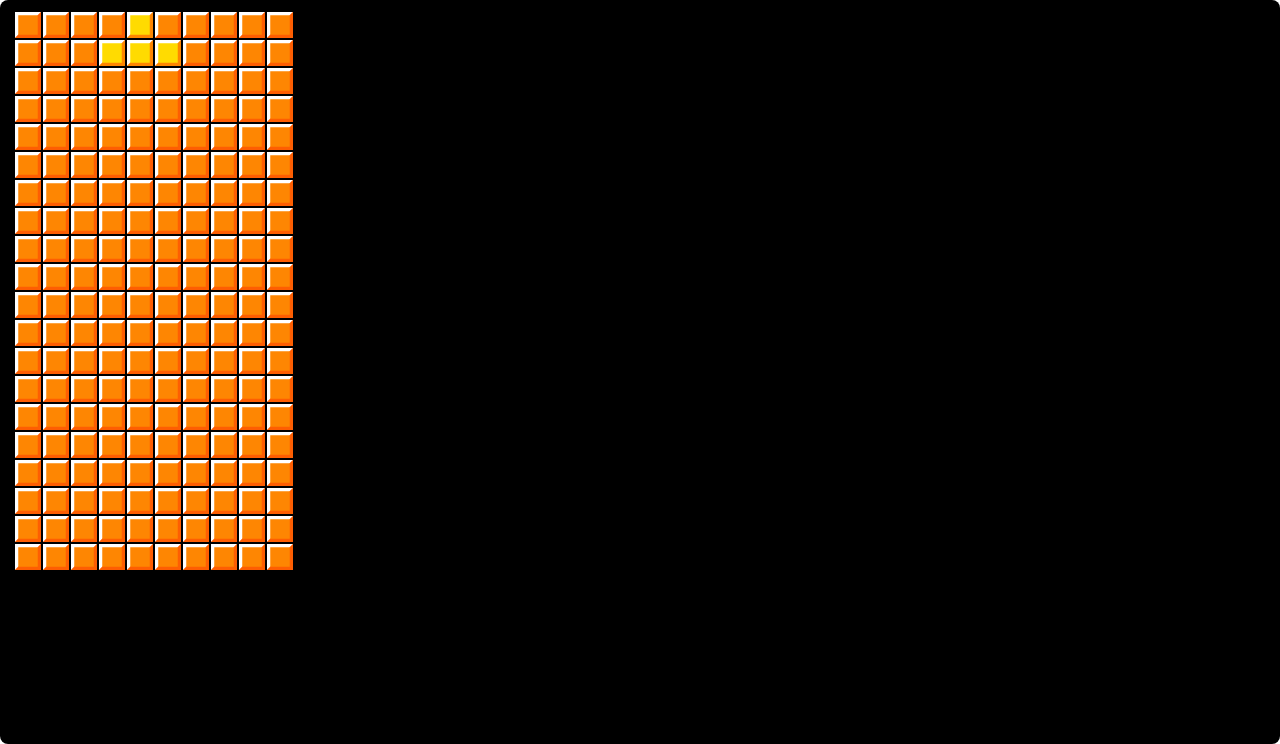
Repository: powidev/Epik-Tetris
Page: index.html
The author's editor kept a copy of each file at every save. The page is drawn from the files as they stood at one save, then again after the next save.
The browser window is 1280 px wide. The pictures show the whole page.

Above is the page before, as saved 2025-05-20 10:24:56.

### index.html
<!DOCTYPE html>
<html lang="en">
<head>
    <meta charset="UTF-8">
    <meta name="viewport" content="width=device-width, initial-scale=1.0">
    <title>Tetris</title>
    <link rel="stylesheet" href="style.css">
</head>
<body>
    <div class="canvas-container">
        <canvas id="canvas-tetris" width="300" height="600"></canvas>
    </div>

    <script src="scripts/main.js" type="module"></script>
</body>
</html>

### style.css
body {
    display: flex;
    margin: 0;
    padding: 0;
}
.canvas-container {
    width: 100%;
    height: 100vh;
    background-color: black;
    padding: 12px 15px;
    border-radius: 8px;
}

### scripts/main.js
import { BoardTetris } from "/scripts/boardTetris.js";
import { Tetromino, TetraminoTypes } from "/scripts/tetromino.js";

const canvasTetris = document.getElementById("canvas-tetris");
const rows = 20;
const cols = 10;
const cellSize = 26;
const space = 2;

const boardTetris = new BoardTetris(canvasTetris, rows, cols, cellSize, space);

const tetrominoType = TetraminoTypes.T;
const tetromino = new Tetromino(canvasTetris, cellSize, tetrominoType.shapes, tetrominoType.initPosition, tetrominoType.id);

function update() {

    boardTetris.draw();
    tetromino.draw(boardTetris);
    requestAnimationFrame(update);
}

update();

### scripts/boardTetris.js
import { Grid } from '/scripts/grid.js';

export class BoardTetris extends Grid {
    constructor(canvas, rows, cols, cellSize, space) {
        super(canvas, rows, cols, cellSize, space);
    }

    isInside(row, col){
        return row >= 0 && row < this.rows && col >= 0 && col < this.cols;
    }
    isEmpty(row, col){
        return this.matriz[row][col] === 0 && this.isInside(row, col);
    }
    isRowFull(row){
        return this.matriz[row].every(element => element !== 0);
    }
    isRowEmpty(row){
        return this.matriz[row].every(element => element === 0);
    }
    clearRow(row){
        this.matriz[row].fill(0);
    }
    moveRowDown(row, numRows){
        this.matriz[row + numRows] = this.matriz[row].slice();
        this.clearRow(row);
    }
    clearFullRows(){
        let cont = 0;

        for(let row  = this.rows - 1; row >= 0; row--){
            if(this.isRowFull(row)){
                this.clearRow(row);
                cont++;
            }
            else if(cont > 0){
                this.moveRowDown(row, cont);
            }
        }
        return cont;
    }
    gameOver(){
        return !(this.isRowEmpty(0));
    }
}

### scripts/tetromino.js

class Position{
    constructor(row, column){
        this.row = row;
        this.column = column;
    }
}

class Tetromino {
    constructor(canvas, cellSize, shapes = [], initPosition = new Position(), id=1) {
        this.canvas = canvas;
        this.ctx = this.canvas.getContext('2d');
        this.cellSize = cellSize;
        this.shapes = shapes;
        this.rotation = 0;
        this.initPosition = initPosition;
        this.position = new Position(this.initPosition.row, this.initPosition.column);
        this.id = id;
    }
    drawSquare(x, y, side, color) {
        this.ctx.fillStyle = color;
        this.ctx.fillRect(x, y, side, side);
    }
    drawTriangle(x1, y1, x2, y2, x3, y3, color) {
        this.ctx.beginPath();
        this.ctx.moveTo(x1, y1);
        this.ctx.lineTo(x2, y2);
        this.ctx.lineTo(x3, y3);
        this.ctx.closePath();
        this.ctx.fillStyle = color;
        this.ctx.fill();
    }
    getColorPalette(id) {
        const palette = {
            1:{
                rightTriangle : "#FE8601",
                leftTriangle : "#FFFFFF",
                square : "#FFDB01"
            },
            2:{
                rightTriangle : "#FE5E02",
                leftTriangle : "#FFFFFF",
                square : "#FE8602"
            },
            3:{
                rightTriangle : "#B5193B",
                leftTriangle : "#FFFFFF",
                square : "#EE1B2E"
            },
            4:{
                rightTriangle : "#22974C",
                leftTriangle : "#FFFFFF",
                square : "#24DC4F"
            },
            5:{
                rightTriangle : "#49BDFF",
                leftTriangle : "#FFFFFF",
                square : "#2D97F7"
            },
            6:{
                rightTriangle : "#0000C9",
                leftTriangle : "#FFFFFF",
                square : "#0101F0"
            },
            7:{
                rightTriangle : "#8500D3",
                leftTriangle : "#FFFFFF",
                square : "#A000F1"
            }
        }
        return palette[id] || palette[1];
    }
    drawBlock(x, y, id){
        const margin = this.cellSize / 8;
        const palette = this.getColorPalette(id);

        this.drawTriangle(
            x, y,
            x + this.cellSize, y,
            x, y + this.cellSize,
            palette.leftTriangle
        );

        this.drawTriangle(
            x + this.cellSize, y,
            x + this.cellSize, y + this.cellSize,
            x, y + this.cellSize,
            palette.rightTriangle
        );

        this.drawSquare(
            x + margin,
            y + margin,
            this.cellSize - (margin * 2),
            palette.square
        );
    }
    currentShape(){
        return this.shapes[this.rotation];
    }
    draw(grid){
        const shape = this.currentShape();
        for(let i = 0; i < shape.length; i++){
            const position = grid.getCoordinates(
                this.position.column + shape[i].column,
                this.position.row + shape[i].row
            );
            this.drawBlock(position.x, position.y, this.id);
        }
    }
    currentPosition(){
        const positions = [];
        const shape = this.currentShape();
        for(let i = 0; i < shape.length; i++){
            positions.push(new Position(
                this.position.row + shape[i].row,
                this.position.column + shape[i].column
            ));
        }
        return positions;
    }
    move(row, column){
        this.position.row += row;
        this.position.column += column;
    }
    reset(){
        this.rotation = 0;
        this.position = new Position(this.initPosition.row, this.initPosition.column);
    }
}

const TetraminoTypes = {
    T:{
        id:1,
        initPosition: new Position(0, 3),
        shapes: [
            [new Position(0, 1), new Position(1, 0), new Position(1, 1), new Position(1, 2)],
            [new Position(0, 1), new Position(1, 1), new Position(1, 2), new Position(2, 1)],
            [new Position(1, 0), new Position(1, 1), new Position(1, 2), new Position(2, 1)],
            [new Position(0, 1), new Position(1, 0), new Position(1, 1), new Position(2, 1)]
        ]
    },
    O:{
        id:2,
        initPosition: new Position(0, 4),
        shapes: [
            [new Position(0, 0), new Position(0, 1), new Position(1, 0), new Position(1, 1)]
        ]
    },
    I:{
        id:3,
        initPosition: new Position(-1, 3),
        shapes: [
            [new Position(1, 0), new Position(1, 1), new Position(1, 2), new Position(1, 3)],
            [new Position(0, 2), new Position(1, 2), new Position(2, 2), new Position(3, 2)],
            [new Position(2, 0), new Position(2, 1), new Position(2, 2), new Position(2, 3)],
            [new Position(0, 1), new Position(1, 1), new Position(2, 1), new Position(3, 1)]
        ]
    },
    S:{
        id:4,
        initPosition: new Position(0, 3),
        shapes: [
            [new Position(0, 1), new Position(0, 2), new Position(1, 0), new Position(1, 1)],
            [new Position(0, 1), new Position(1, 1), new Position(1, 2), new Position(2, 2)],
            [new Position(1, 1), new Position(1, 2), new Position(2, 0), new Position(2, 1)],
            [new Position(0, 0), new Position(1, 0), new Position(1, 1), new Position(2, 1)]
        ]
    },
    Z:{
        id:5,
        initPosition: new Position(0, 3),
        shapes: [
            [new Position(0, 0), new Position(0, 1), new Position(1, 1), new Position(1, 2)],
            [new Position(0, 2), new Position(1, 1), new Position(1, 2), new Position(2, 1)],
            [new Position(1, 0), new Position(1, 1), new Position(2, 1), new Position(2, 2)],
            [new Position(0, 1), new Position(1, 0), new Position(1, 1), new Position(2, 0)]
        ]
    },
    J:{
        id:6,
        initPosition: new Position(0, 3),
        shapes: [
            [new Position(0, 0), new Position(1, 0), new Position(1, 1), new Position(1, 2)],
            [new Position(0, 1), new Position(0, 2), new Position(1, 1), new Position(2, 1)],
            [new Position(1, 0), new Position(1, 1), new Position(1, 2), new Position(2, 2)],
            [new Position(0, 1), new Position(1, 1), new Position(2, 0), new Position(2, 1)]
        ]
    },
    L:{
        id:7,
        initPosition: new Position(0, 3),
        shapes: [
            [new Position(0, 2), new Position(1, 0), new Position(1, 1), new Position(1, 2)],
            [new Position(0, 1), new Position(1, 1), new Position(2, 1), new Position(2, 2)],
            [new Position(1, 0), new Position(1, 1), new Position(1, 2), new Position(2, 0)],
            [new Position(0, 0), new Position(0, 1), new Position(1, 1), new Position(2, 1)]
        ]
    }
};

class TetrominosBag {
    constructor(canvas, cellSize){
        this.canvas = canvas;
        this.cellSize = cellSize;
        this.bag = [];
    }

    fillbag(){
        const tetrominosTypes = [
            tetrominosTypes.T,
            tetrominosTypes.O,
            tetrominosTypes.I,
            tetrominosTypes.S,
            tetrominosTypes.Z,
            tetrominosTypes.J,
            tetrominosTypes.L
        ]
        this.bag.length = 0;
        tetrominosTypes.forEach(type=>{
            this.bag.push(new Position(
                this.canvas,
                this.cellSize,
                type.shapes,
                type.initPosition,
                type.id
            ));
        });

        for(let i = this.bag.length - 1; i>0 ; i--){
            let j = Math.floor(Math.random() * (i + 1));
            [this.bag[i], this.bag[j]] = [this.bag[j], this.bag[i]];
        }
    }

    nextTetromino(){
        if(this.bag.length === 0){
            this.fillbag();
        }
        return this.bag.pop();
    }
}

export { Position, Tetromino, TetraminoTypes };

### scripts/grid.js
import { Tetromino } from '/scripts/tetromino.js';

export class Grid {
    constructor(canvas, rows, cols, cellSize, space) {
        this.canvas = canvas;
        this.ctx = canvas.getContext('2d');
        this.rows = rows;
        this.cols = cols;
        this.cellSize = cellSize;
        this.space = space;
        this.matriz = [];
        this.restartMatriz();

        this.canvas.width = this.cols * this.cellSize + (this.space * this.cols);
        this.canvas.height = this.rows * this.cellSize + (this.space * this.rows);

        this.block = new Tetromino(this.canvas, this.cellSize);
    }

    restartMatriz(){
        for(let r = 0; r < this.rows; r++){
            this.matriz[r] = [];
            for(let c = 0; c < this.cols; c++){
                this.matriz[r][c] = 2;
            }
        }
    }

    drawSquare(x, y, side, color, borderColor) {
        const bordeSize = side / 10;

        this.ctx.fillStyle = color;
        this.ctx.fillRect(x, y, side, side);

        this.ctx.strokeStyle = borderColor;
        this.ctx.lineWidth = bordeSize;
        this.ctx.strokeRect(x+bordeSize/2, y+bordeSize/2, side-bordeSize, side-bordeSize);
    }

    getCoordinates(col, row){
        return {x: col * (this.cellSize + this.space), y: row * (this.cellSize + this.space)};
    }

    draw(){
        for(let r = 0; r < this.rows; r++){
            for(let c = 0; c < this.cols; c++){
                const position = this.getCoordinates(c, r);
                if(this.matriz[r][c] !== 0){
                    this.block.drawBlock(position.x,position.y,this.matriz[r][c]);
                }
                else{
                    this.drawSquare(position.x, position.y, this.cellSize, "#000", "#303030");
                }
            }
        }
        this.printMatriz();
    }

    printMatriz(){
        let text = "";
        this.matriz.forEach((row) => {
            text += row.join(" ") + "\n";
        });
        console.log(text);
    }
}

After the next save:
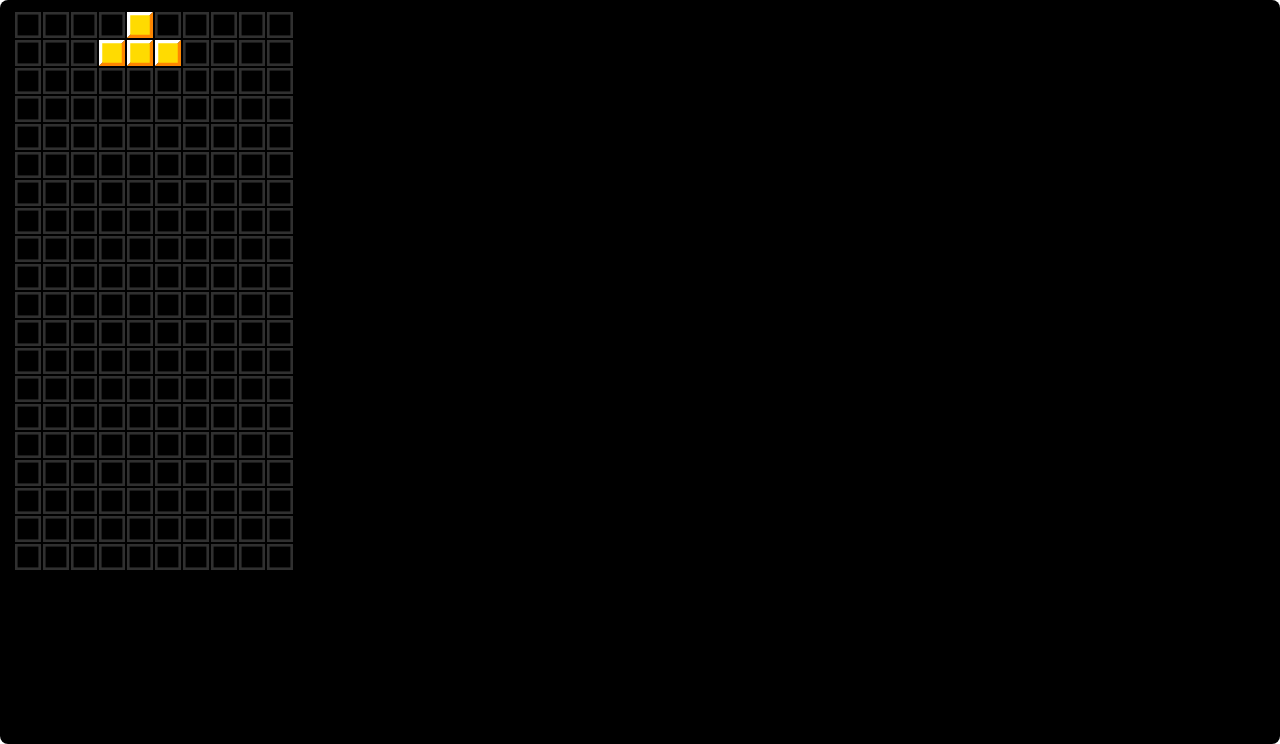
Saved 7 s later.
--- a/scripts/grid.js
+++ b/scripts/grid.js
@@ -21,7 +21,7 @@ export class Grid {
         for(let r = 0; r < this.rows; r++){
             this.matriz[r] = [];
             for(let c = 0; c < this.cols; c++){
-                this.matriz[r][c] = 2;
+                this.matriz[r][c] = 0;
             }
         }
     }
